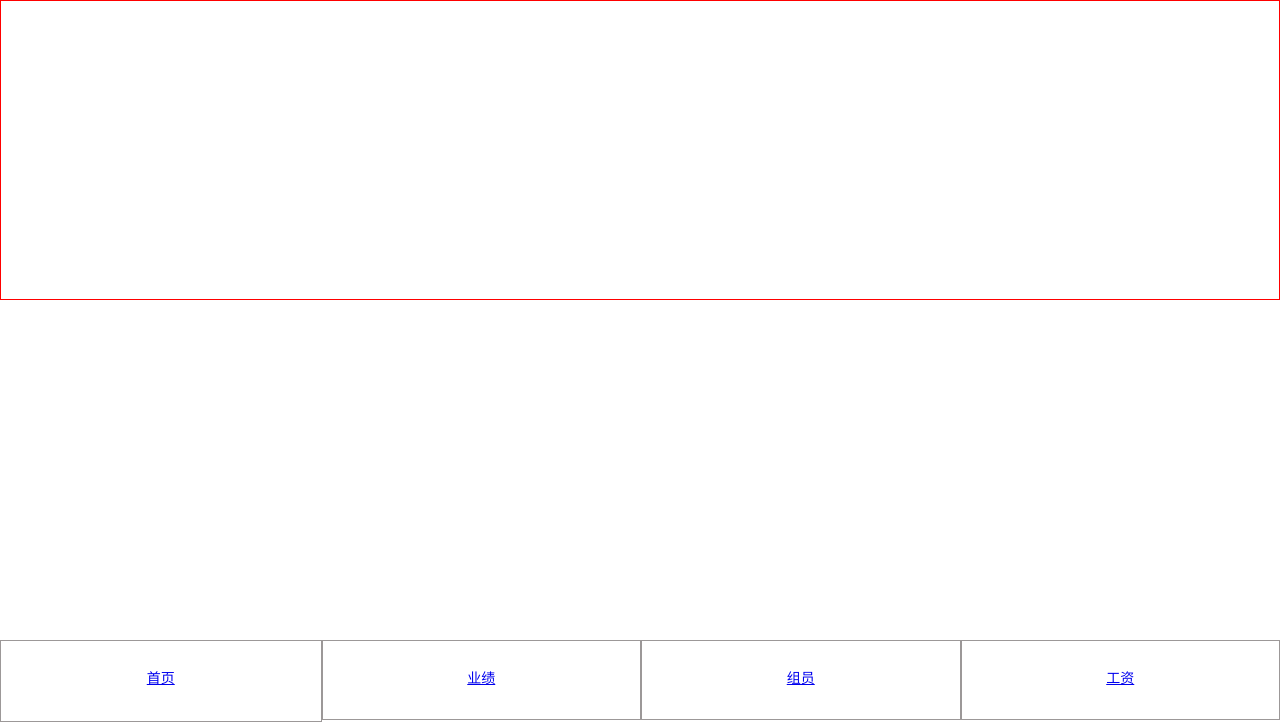
Repository: panlin520-team/lnmj-staffH5
Page: /#/performance
The author's editor kept a copy of each file at every save. The page is drawn from the files as they stood at one save, then again after the next save.
The browser window is 1280 px wide. The pictures show the whole page.
The project was rebuilt for these pictures with package versions that can differ from the ones it lists, and the page was loaded fresh each time. Also part of the build but not shown: src/views/Lojin.vue.

Above is the page before, as saved 2020-04-08 15:39:11.

After the next save:
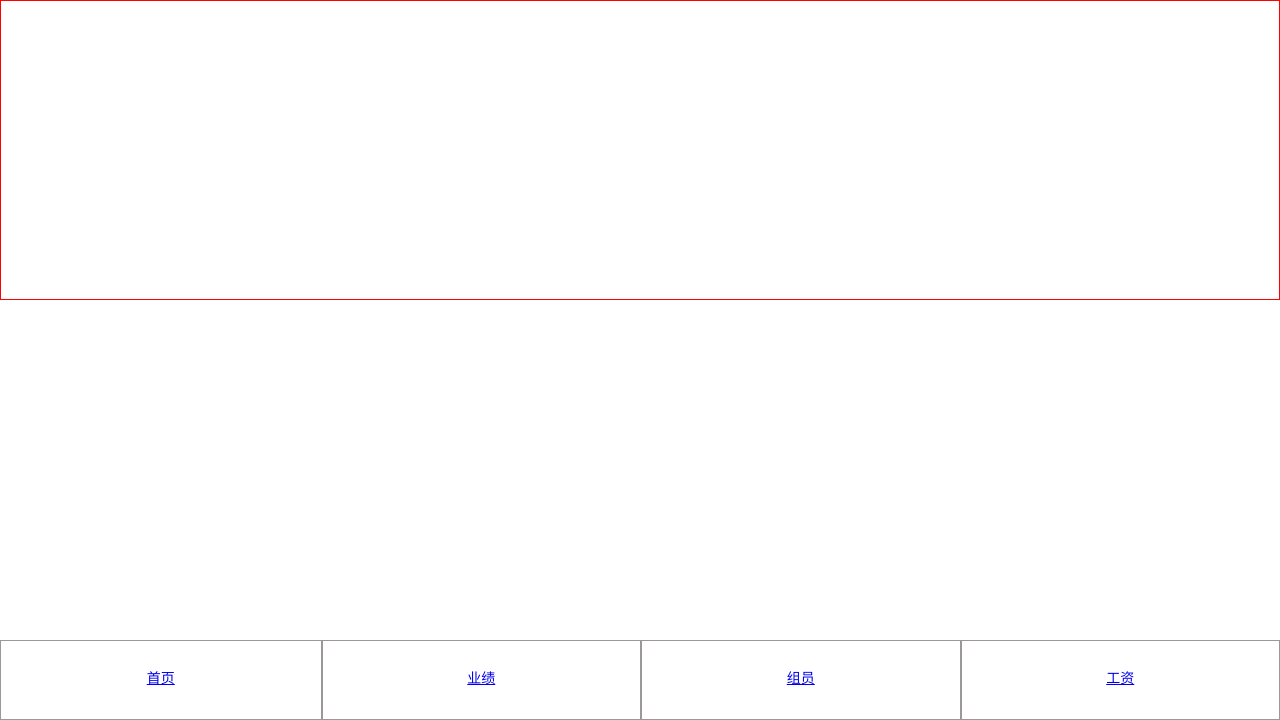
Saved 50 s later.
--- a/src/components/Btnnavigation.vue
+++ b/src/components/Btnnavigation.vue
@@ -47,7 +47,6 @@ export default {
   display: flex;
   .somenavigation {
     width: 25%;
-    height: 100%;
     border: 1px solid rgb(156, 152, 152);
     .navitnew {
       text-align: center;
